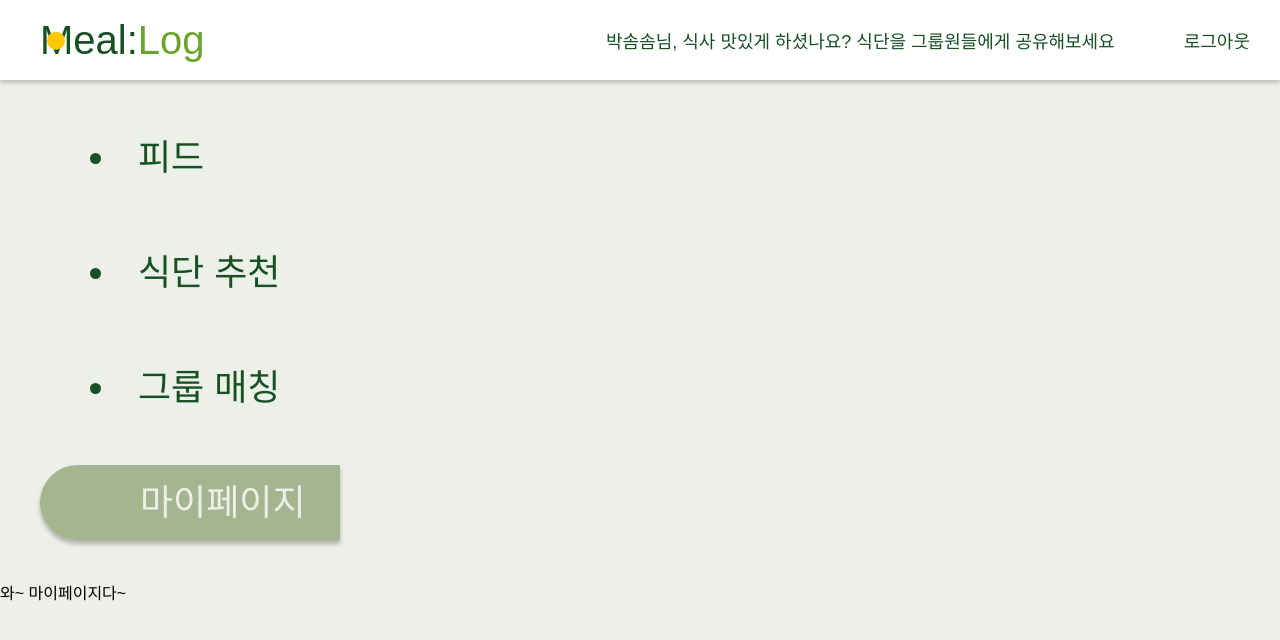
Repository: mealLog-databaseProgramming/MealLog
Page: http://localhost/meal-log/
These files come from the project's save history. The page is drawn as it stood at one moment and after a run of saves; the edit follows.
The browser window is 1280 px wide. The pictures show the whole page.
Some icons come from a web library that is not loaded, so they are not drawn. Some web fonts or font styles are not loaded; a fallback is used. The page is served by Tomcat 9.

Above is the page before, as saved 2022-09-29 16:03:33.

### meal-log/src/main/webapp/index.jsp
<%@ page language="java" contentType="text/html; charset=UTF-8"
    pageEncoding="UTF-8"%>
<!DOCTYPE html>
<html>
<head>
<meta charset="UTF-8">
<title>meal:log</title>
<link rel="stylesheet" href="resources/css/index.css"/>
	<script src="https://code.iconify.design/iconify-icon/1.0.0/iconify-icon.min.js"></script>
	<link rel="apple-touch-icon" sizes="57x57" href="resources/favicon/apple-icon-57x57.png">
	<link rel="apple-touch-icon" sizes="60x60" href="resources/favicon//apple-icon-60x60.png">
	<link rel="apple-touch-icon" sizes="72x72" href="resources/favicon//apple-icon-72x72.png">
	<link rel="apple-touch-icon" sizes="76x76" href="resources/favicon//apple-icon-76x76.png">
	<link rel="apple-touch-icon" sizes="114x114" href="resources/favicon//apple-icon-114x114.png">
	<link rel="apple-touch-icon" sizes="120x120" href="resources/favicon//apple-icon-120x120.png">
	<link rel="apple-touch-icon" sizes="144x144" href="resources/favicon//apple-icon-144x144.png">
	<link rel="apple-touch-icon" sizes="152x152" href="resources/favicon//apple-icon-152x152.png">
	<link rel="apple-touch-icon" sizes="180x180" href="resources/favicon//apple-icon-180x180.png">
	<link rel="icon" type="image/png" sizes="192x192"  href="resources/favicon//android-icon-192x192.png">
	<link rel="icon" type="image/png" sizes="32x32" href="resources/favicon//favicon-32x32.png">
	<link rel="icon" type="image/png" sizes="96x96" href="resources/favicon//favicon-96x96.png">
	<link rel="icon" type="image/png" sizes="16x16" href="resources/favicon//favicon-16x16.png">
	<link rel="manifest" href="resources/favicon//manifest.json">
	<meta name="msapplication-TileColor" content="#ffffff">
	<meta name="msapplication-TileImage" content="resources/favicon//ms-icon-144x144.png">
	<meta name="theme-color" content="#ffffff">
</head>
<body>
	<div class='Header'>
		<div class='title'>
			<div class='yolk'></div>
			<iconify-icon icon="fluent:food-egg-24-regular"></iconify-icon>
			Meal:<span>Log</span>
		</div>
		<div class='greet'>
			<iconify-icon icon="healthicons:ui-user-profile"></iconify-icon>
			박솜솜님, 식사 맛있게 하셨나요? 식단을 그룹원들에게 공유해보세요
			<div class='logout'>
				<iconify-icon icon="icon-park:logout"></iconify-icon>
				로그아웃
			</div>
		</div>

	</div>
	<div class='Nav'>
		<ul>
			<li>피드</li>
			<li>식단 추천</li>
			<li>그룹 매칭</li>
			<li><span>마이페이지</span></li>
		</ul>
	</div>
	<div class='Content'>
		<jsp:include page="/WEB-INF/mypage/mypage.jsp"/> <!-- 알갱이 만든걸 여기 경로 넣어서 적용 -->
	</div>
</body>
</html>

### meal-log/src/main/webapp/WEB-INF/mypage/mypage.jsp
<%@ page language="java" contentType="text/html; charset=UTF-8"
    pageEncoding="UTF-8"%>
<!DOCTYPE html>
<html>
<head>
<meta charset="UTF-8">
<title>Insert title here</title>
</head>
<body>
와~ 마이페이지다~
</body>
</html>

### meal-log/src/main/webapp/resources/css/index.css
@charset "UTF-8";
@import url('https://fonts.googleapis.com/css2?family=Jua&family=Nanum+Gothic:wght@400;700;800&display=swap');

* {
	font-family: 'Nanum Gothic', sans-serif;
	font-weight: 400;

	padding: 0;
	margin: 0;
}
body {
	-webkit-user-select:none;
	-moz-user-select:none;
	-ms-user-select:none;
	user-select:none;

	overflow-x: hidden;

	background: #ECF0E8;
}

.Header {
	width: 100vw; height: 80px;

	background: #FFFFFF;
	box-shadow: 0px 2px 5px rgba(0, 0, 0, 0.25);

	font-size: 18px;
	color: #175023;

	display: flex;
	align-items: center;
	justify-content: space-between;
}
.Header>div, .Header .logout {
	display: flex;
	align-items: center;
}
.Header>div:first-child{ margin-left: 30px; }
.Header>div:last-child{ margin-right: 30px; }

.Header iconify-icon {
	margin-right: 10px;
}

.Header .title, .Header .title span {
	font-family: 'Jua', sans-serif;
	font-size: 40px;
	color: #175023;
}
.Header .title span {
	color: #6BA32D;
}
.Header .title iconify-icon {
	font-size: 50px;
	z-index: 2;
}
.Header .title .yolk{
	width: 18px; height:18px;

	background: #FFC700;
	border-radius: 50%;

	position: absolute;
	transform: translate(17px, 0.7px);
}


.Header .greet {
	margin-right: 5vw;
}
.Header .greet iconify-icon {
	font-size: 40px;
}
.Header .logout {
	margin-left: 5vw;
}
.Header .logout iconify-icon {
	font-size: 25px;
	margin-right: 5px;
}
.Header .logout:hover {
	font-weight: 700;
}

@media screen and (max-width: 1000px) {
	.Header .greet {
		color: #FFFFFF;
		font-size: 0px;
	}
	.Header .logout {
		color: #175023;
		font-size: 18px;
	}
	.Header > div {
		margin-left: 3vw; margin-right: 5vw;
	}
}


.Nav {
	display: flex;
	list-style: inside;

	font-size: 36px;
	color: #175023;
}
 .Nav li span {
 	font-family: 'Jua', sans-serif;
 }
.Nav li{
	font-family: 'Jua', sans-serif;
	padding-left: 50px;
	line-height: 75px;

	margin: 40px;
	margin-right: 0px;
}

.Nav li:last-child {
	list-style: none;
	padding-left: 100px;

	color: #ECF0E8;

	background: #3B5C0A66;
	box-shadow: 0px 4px 4px 0px #00000040;
	width: 200px; height: 75px;

	border-top-left-radius: 50px;
	border-bottom-left-radius: 50px;
}

After the next 2 saves:
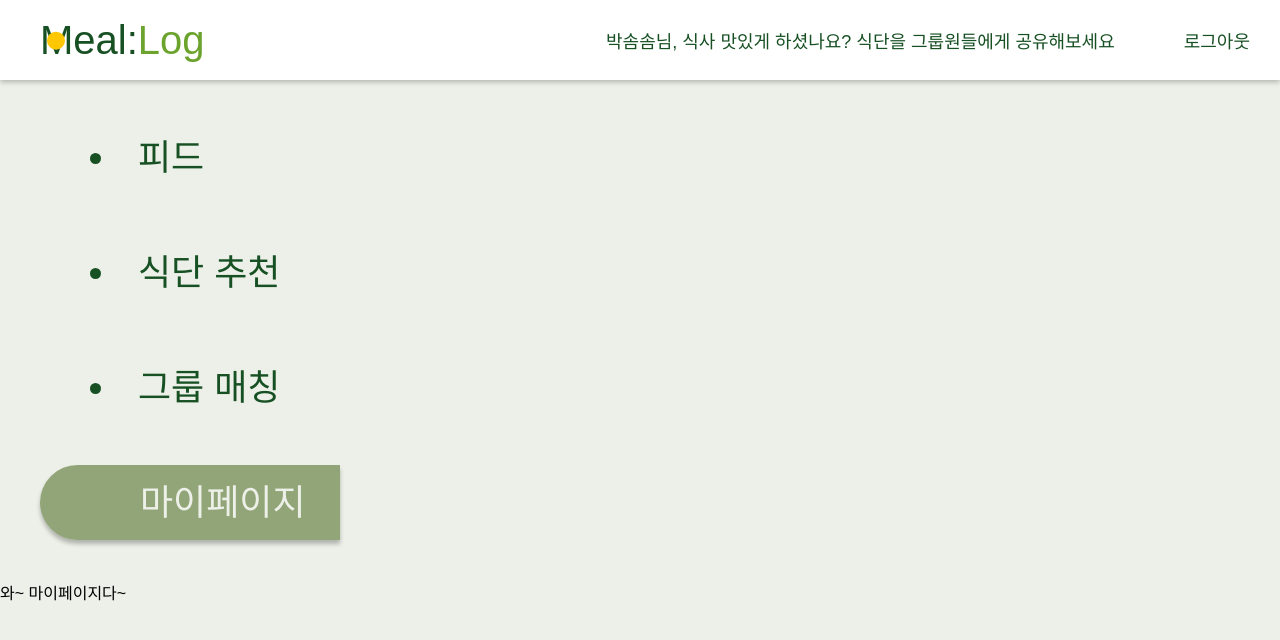
The 2 saves are shown as one change because they came seconds apart.
The last was saved 5 min 39 s later.
--- a/meal-log/src/main/webapp/resources/css/index.css
+++ b/meal-log/src/main/webapp/resources/css/index.css
@@ -123,7 +123,7 @@ body {
 
 	color: #ECF0E8;
 
-	background: #3B5C0A66;
+	background: rgba(59, 92, 10, 0.5);
 	box-shadow: 0px 4px 4px 0px #00000040;
 	width: 200px; height: 75px;
 
